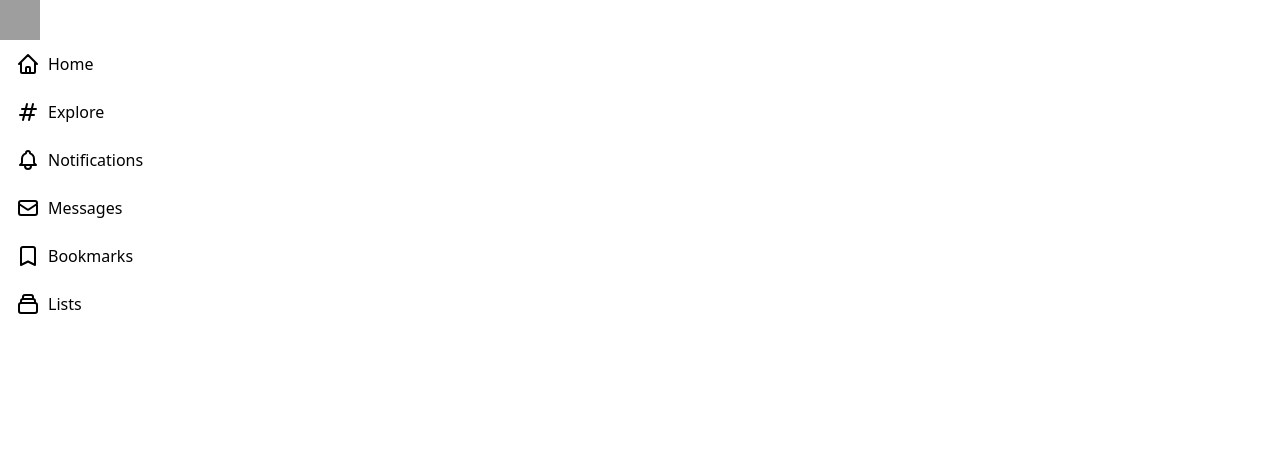
Repository: pabx12/twitter-clone
Page: /
These files come from the project's save history. The page is drawn as it stood at one moment and after the next save; the edit follows.
The browser window is 1280 px wide. The pictures show the whole page.
Pictures or frames that could not be fetched are drawn as grey boxes. The project was rebuilt for these pictures with package versions that can differ from the ones it lists, and the page was loaded fresh each time. The framework's server and built-in components were replaced by stand-ins that run in the browser. Also part of the build but not shown: next.config.js.

Above is the page before, as saved 2022-05-06 22:33:15.

### pages/index.tsx
import type { NextPage } from 'next'
import Head from 'next/head'
import Image from 'next/image'
import Sidebar from '../components/Sidebar'

const Home: NextPage = () => {
  return (
    <div className="">
      <Head>
        <title>Twitter</title>
        <link rel="icon" href="/favicon.ico" />
      </Head>
      <main>
        <Sidebar/>
      </main>


    </div>
  )
}

export default Home

### components/Sidebar.tsx
import React from 'react'
import SidebarRow from './SidebarRow'
import {
    BellIcon,
    HashtagIcon,
    HomeIcon,
    BookmarkIcon,
    CollectionIcon,
    DotsCircleHorizontalIcon,
    MailIcon,
    UserIcon
} from '@heroicons/react/outline'

function Sidebar() {
  return (
    <div>
        <img className='w-10 h-10' src="https://cdn.pixabay.com/photo/2018/06/22/19/03/logo-3491390_960_720.png" alt="Twitter" />
        <SidebarRow Icon={HomeIcon} name="Home" />
        <SidebarRow Icon={HashtagIcon} name="Explore" />
        <SidebarRow Icon={BellIcon} name="Notifications" />
        <SidebarRow Icon={MailIcon} name="Messages" />
        <SidebarRow Icon={BookmarkIcon} name="Bookmarks" />
        <SidebarRow Icon={CollectionIcon} name="Lists" />
    </div>
  )
}

export default Sidebar

### components/SidebarRow.tsx
import React, { SVGProps } from 'react'

interface props {
    Icon: (props:SVGProps<SVGSVGElement> ) => JSX.Element
    name : string
}
function SidebarRow({Icon, name}: props) {
  return (
    <div className='flex max-w-fit items-center space-x-2 px-4 py-3 rounded-full group hover:bg-gray-100 cursor-pointer  transition-all duration-200'>
        <Icon className="h-6 w-6" />
        <p className='group-hover:text-twitter'>{name}</p>
    </div>
  )
}

export default SidebarRow

### tailwind.config.js
module.exports = {
  content: [
    './pages/**/*.{js,ts,jsx,tsx}',
    './components/**/*.{js,ts,jsx,tsx}',
  ],
  theme: {
    extend: {
      colors:{
        twitter : '#00ADED',
      }
    },
  },
  plugins: [],
}

Loaded but not shown: pages/_app.tsx (common file); styles/globals.css (common file)

After the next save:
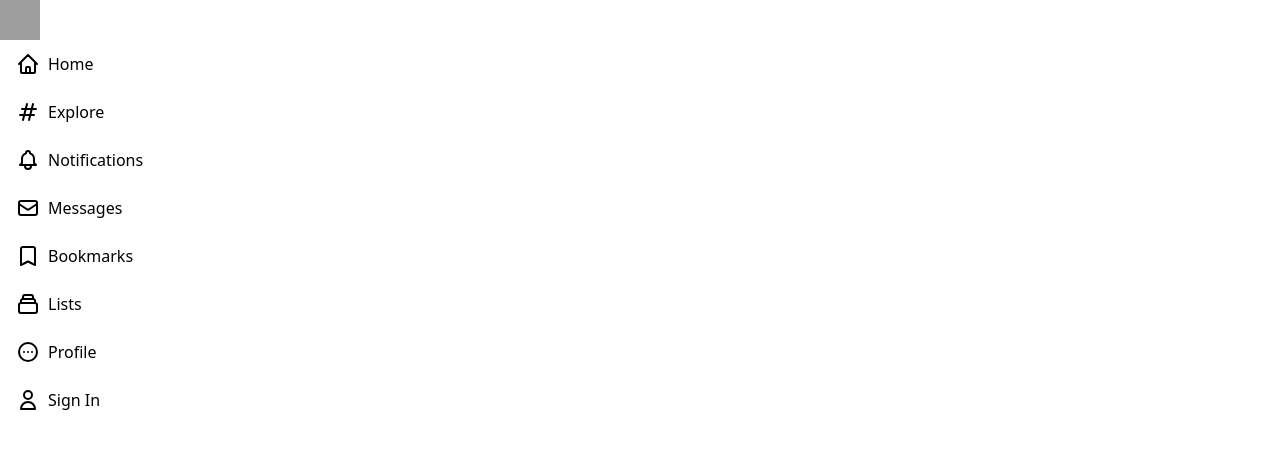
Saved 77 s later.
--- a/components/Sidebar.tsx
+++ b/components/Sidebar.tsx
@@ -21,6 +21,8 @@ function Sidebar() {
         <SidebarRow Icon={MailIcon} name="Messages" />
         <SidebarRow Icon={BookmarkIcon} name="Bookmarks" />
         <SidebarRow Icon={CollectionIcon} name="Lists" />
+        <SidebarRow Icon={DotsCircleHorizontalIcon} name="Profile" />
+        <SidebarRow Icon={UserIcon} name="Sign In" />
     </div>
   )
 }
